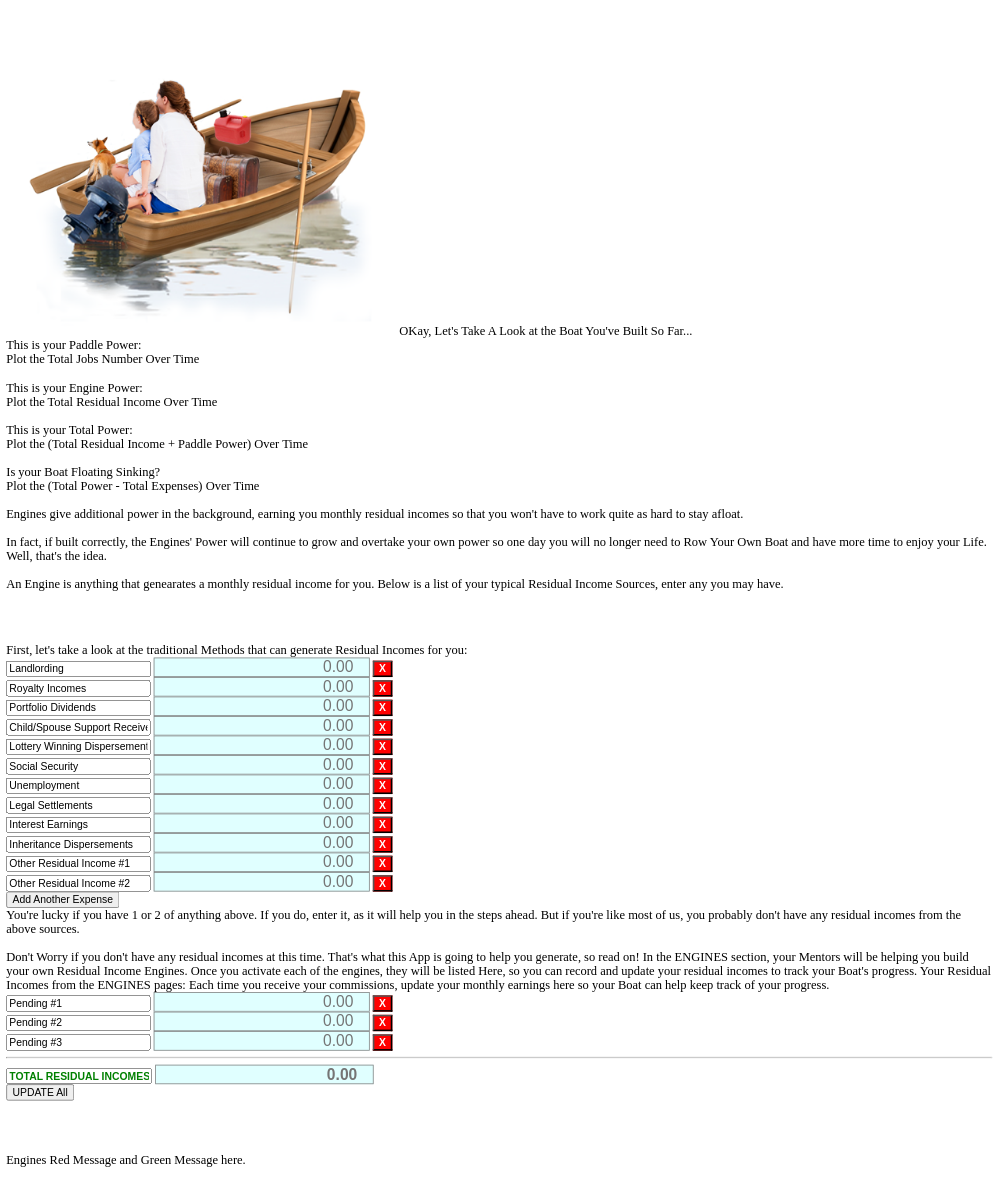
Repository: DevZubair/Danh-App
Page: www/templates/boat-charts.html
The author's editor kept a record of every edit. The page is drawn from the files as they stood at one moment, then again after the next edit.
The browser window is 1280 px wide. The pictures show the whole page, at 78% of full size.

Above is the page before.

After the next edit:
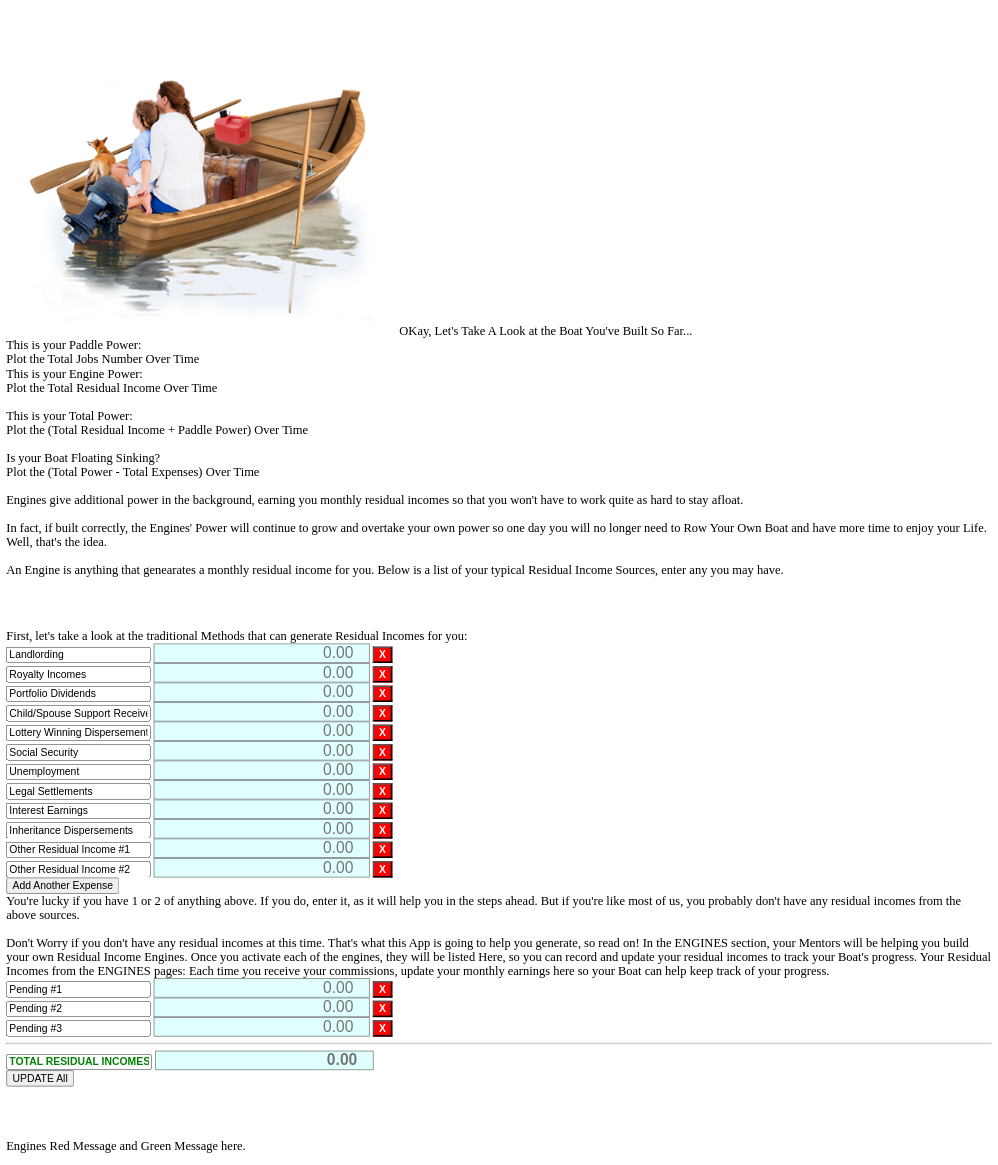
The edit:
--- a/www/templates/boat-charts.html
+++ b/www/templates/boat-charts.html
@@ -19,7 +19,12 @@
       <div class="row">
         <div class="col">
 
-           <span class="subtitle">This is your Paddle Power:</span><br>Plot the Total Jobs Number Over Time<br><br>
+           <span class="subtitle">This is your Paddle Power:</span><br>Plot the Total Jobs Number Over Time
+        </div>
+      </div>
+
+      <div class="row">
+        <div class="col">
 
            <span class="subtitle">This is your Engine Power:</span><br>Plot the Total Residual Income Over Time<br><br>
 
